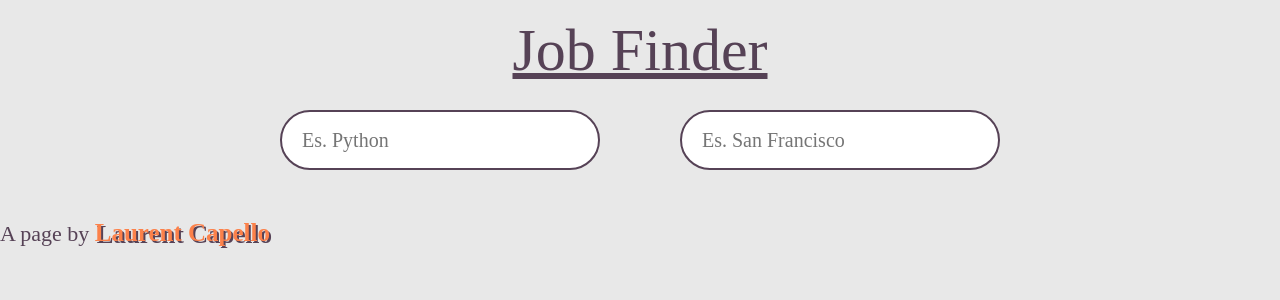
Repository: sokafootball/job-finder
Page: /
These files come from the project's save history. The page is drawn as it stood at one moment and after the next save; the edit follows.
The browser window is 1280 px wide. The pictures show the whole page.
The page's requests for data from a server got no answer. The project was rebuilt for these pictures with package versions that can differ from the ones it lists, and the page was loaded fresh each time. No one was signed in, and anything a server would have sent is missing. Also part of the build but not shown: src/components/JobCard/JobCard.css, src/components/JobCard/JobCard.js.

Above is the page before, as saved 2020-10-29 17:36:07.

### src/index.js
import 'bootstrap/dist/css/bootstrap.css';
import React from 'react';
import ReactDOM from 'react-dom';
import './index.css';
import App from './components/App/App';
import * as serviceWorker from './serviceWorker';

ReactDOM.render(
  <React.StrictMode>
    <App />
  </React.StrictMode>,
  document.getElementById('root')
);

// If you want your app to work offline and load faster, you can change
// unregister() to register() below. Note this comes with some pitfalls.
// Learn more about service workers: https://bit.ly/CRA-PWA
serviceWorker.unregister();

### src/index.css
body {
  margin: 0;
  font-family: -apple-system, BlinkMacSystemFont, 'Segoe UI', 'Roboto', 'Oxygen',
    'Ubuntu', 'Cantarell', 'Fira Sans', 'Droid Sans', 'Helvetica Neue',
    sans-serif;
  -webkit-font-smoothing: antialiased;
  -moz-osx-font-smoothing: grayscale;
}

code {
  font-family: source-code-pro, Menlo, Monaco, Consolas, 'Courier New',
    monospace;
}

/* http://meyerweb.com/eric/tools/css/reset/
   v2.0 | 20110126
   License: none (public domain)
*/

html, body, div, span, applet, object, iframe,
h1, h2, h3, h4, h5, h6, p, blockquote, pre,
a, abbr, acronym, address, big, cite, code,
del, dfn, em, img, ins, kbd, q, s, samp,
small, strike, strong, sub, sup, tt, var,
b, u, i, center,
dl, dt, dd, ol, ul, li,
fieldset, form, label, legend,
table, caption, tbody, tfoot, thead, tr, th, td,
article, aside, canvas, details, embed,
figure, figcaption, footer, header, hgroup,
menu, nav, output, ruby, section, summary,
time, mark, audio, video {
	margin: 0;
	padding: 0;
	border: 0;
	font-size: 100%;
	font: inherit;
	vertical-align: baseline;
}
/* HTML5 display-role reset for older browsers */
article, aside, details, figcaption, figure,
footer, header, hgroup, menu, nav, section {
	display: block;
}
body {
	line-height: 1;
}
ol, ul {
	list-style: none;
}
blockquote, q {
	quotes: none;
}
blockquote:before, blockquote:after,
q:before, q:after {
	content: '';
	content: none;
}
table {
	border-collapse: collapse;
	border-spacing: 0;
}

### src/components/App/App.js
import React from 'react';
import './App.css';
import Footer from "../Footer/Footer"
import Header from "../Header/Header"
import MainContent from "../MainContent/MainContent"

function App() {

  return (
    <div id="main-div">
      <Header />
      <MainContent />
      <Footer />
    </div>
  );
}

export default App;

### src/components/App/App.css
:root{
  --background-color: #E8E8E8;
  --cards-bg-color: white;
  --font-color: #564256;
  --border-color: #564256;
  --job-title-color: #fc814a;
  --card-element-gap: 10px;
}

.App {
  text-align: center;
}

.App-logo {
  height: 40vmin;
  pointer-events: none;
}

@media (prefers-reduced-motion: no-preference) {
  .App-logo {
    animation: App-logo-spin infinite 20s linear;
  }
}

.App-header {
  min-height: 100vh;
  display: flex;
  flex-direction: column;
  align-items: center;
  justify-content: center;
  font-size: calc(10px + 2vmin);
  color: white;
}

.App-link {
  color: #61dafb;
}

@keyframes App-logo-spin {
  from {
    transform: rotate(0deg);
  }
  to {
    transform: rotate(360deg);
  }
}

#main-div{
  background-color: var(--background-color);
  align-items: center;
  display: flex;
  flex-direction: column;
  color: var(--font-color);
  height: 100vh;
}

### src/components/Footer/Footer.js
import React from 'react';
import './Footer.css';

function Footer(){
  return (
    <p id="footer">A page by <span id="signature">Laurent Capello</span></p>
  )
}

export default Footer

### src/components/Header/Header.js
import React from 'react';
import './Header.css';

function Header(){
  return (
      <p id="title">Job Finder</p>
  )
}

export default Header

### src/components/MainContent/MainContent.js
import React, {useState, useEffect, useCallback} from 'react';
import _ from 'lodash';
import './MainContent.css';
import SearchForm from "../SearchForm/SearchForm"
import JobCard from "../JobCard/JobCard"

function MainContent(){
  const[jobCards, setJobCards] = useState([])
  const[data, setData] = useState([])
  const[gotResponse, setGotResponse] = useState(true)
  const[userInput, setUserInput] = useState({
    description: "",
    location: "",
    fullTime: true
  })

  const handleFormChange = e => {
    const {name, value, type, checked} = e.target
    type === "checkbox"
      ? setUserInput({...userInput, [name]: checked})
      : setUserInput({...userInput,[name]: value})
  }

  const buildUrl = () => {
    let url = "https://cors-anywhere.herokuapp.com/https://jobs.github.com/positions.json?"
    url += userInput.description ? `&description=${userInput.description}` : ""
    url += userInput.location ? `&location=${userInput.location}` : ""
    url += userInput.fullTime ? `&full_time=${userInput.fullTime}` : ""
    return url
    }

  const getData = url => {
    fetch(url)
    .then(response => {
      if (response.status === 500){
        setGotResponse(false)
      }
      else{
        response.json()
        .then(data => setData(data))
      }
    })
  }

  const debouncedGetData = useCallback(_.debounce(getData, 1500,{leading: true}),[])

  useEffect(() => {
    const url = buildUrl()
    debouncedGetData(url)
  // eslint-disable-next-line react-hooks/exhaustive-deps
  }, [userInput])

  useEffect(() => {
    let cards = []
    if(data.length !== 0) {
      cards = data.map(job => {
        return <JobCard
          key={job.id}
          date={job.created_at}
          logo={job.company_logo}
          company={job.company}
          location={job.location}
          type={job.type}
          title={job.title}
          url={job.url}
          description={job.description}
        />
     })
    }
    setJobCards(cards)
  // eslint-disable-next-line react-hooks/exhaustive-deps
  }, [data])

    return (
      <div id="main">
        <SearchForm
          handleFormChange={handleFormChange}
          userInput={userInput}
        />
        {gotResponse ? jobCards : <p>Sorry, it seems the server has some issues, please try again later.</p>}
      </div>
    )
}

export default MainContent

### src/components/Footer/Footer.css
#footer{
  align-self: baseline;
  font-size: 22px;
  margin: 20px 0px 30px 0px;
}

#signature{
  color:var(--job-title-color);
  text-shadow: var(--border-color) 2px 2px;
  font-size: 25px;
  font-weight: 800;
}

### src/components/Header/Header.css
#title{
  font-size: 60px;
  margin-top: 20px;
  text-decoration: underline var(--border-color);
}

### src/components/MainContent/MainContent.css
#main{
  align-items: center;
  display: flex;
  flex-direction: column;
  justify-content: space-between;
}

### src/components/SearchForm/SearchForm.js
import React from 'react';
import './SearchForm.css';

function SearchForm(props){
  return (
    <div id="form-container">
        <input
          className="input-text"
          name="description"
          type="text"
          onChange={e => props.handleFormChange(e)}
          placeholder="Es. Python"
          value={props.userInput.description}
        />
        <input
          className="input-text"
          name="location"
          type="text"
          onChange={e => props.handleFormChange(e)}
          placeholder="Es. San Francisco"
          value={props.userInput.location}
        />
    </div>
  )
}

export default SearchForm

### src/components/SearchForm/SearchForm.css
input{
  cursor: pointer;
}

.input-text {
  background-color: var(--cards-bg-color);
  border: 2px solid var(--border-color);
  border-radius: 30px;
  color: var(--font-color);
  font-size: 20px;
  height: 60px;
  outline: none;
  padding: 0px 20px;
  width: 40%;
}

#form-container{
  display: flex;
  justify-content: space-around;
  margin: 30px;
  width: 800px;
}

Loaded but not shown: public/index.html (common file); src/serviceWorker.js (common file)

After the next save:
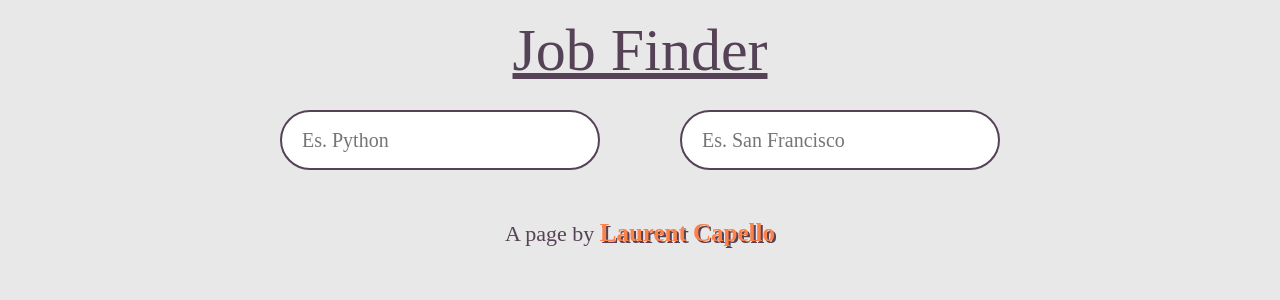
Saved 4 min 7 s later.
--- a/src/components/Footer/Footer.css
+++ b/src/components/Footer/Footer.css
@@ -1,5 +1,4 @@
 #footer{
-  align-self: baseline;
   font-size: 22px;
   margin: 20px 0px 30px 0px;
 }
